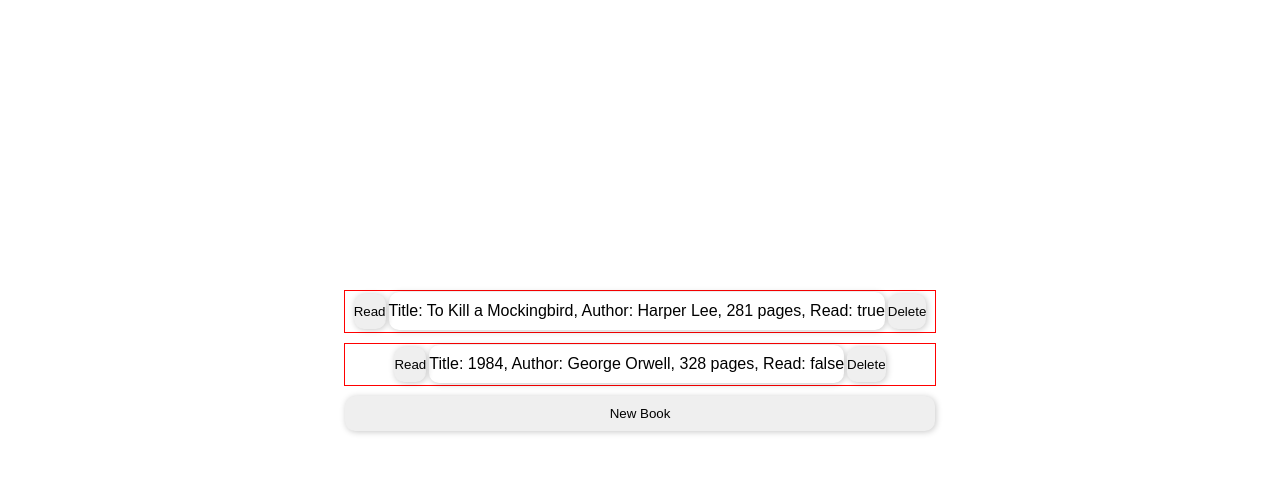
Repository: kocokoy/library
Page: index.html
An editor plug-in stored every save of this project. The page is shown before and after the next save, followed by the edit.
The browser window is 1280 px wide. The pictures show the whole page.

Above is the page before, as saved 2024-11-06 10:40:35.

### index.html
<!DOCTYPE html>
<html lang="en">
<head>
  <meta charset="UTF-8">
  <meta name="viewport" content="width=device-width, initial-scale=1.0">
  <link rel="stylesheet" href="style.css">
  <title>Document</title>
</head>
<body>
  <div class="container">
    <div class="display-button-card">
      <div class="book-display jsBookDisplay">
      </div>
      <button class="new-book-button jsNewBookButton">New Book</button>
    </div>
    <div class=" jsAddNewBookCardHolder hide-add-new-book-card-holder">
      <div class="add-new-book-card ">
        <div>
          <input class="jsBookTitle" type="text">
          <input class="jsBookAuthor" type="text">
          <input class="jsBookPages" type="text">
          <input class="jsBookRead" type="text">
          <button class="jsAddBook">Add</button>
        </div>
      </div>
    </div>

  </div>
<script src="script.js"></script>
</body>
</html>

### style.css
body{
  width: 100%;
  height: 100vh;
  padding: 0;
  margin: 0;
  font-family: Arial, Helvetica, sans-serif;
}
.container{
  display: flex;
  flex-direction: column;
  justify-content: center;
  align-items: center;
  height: 100%;
  width: 100%;
}
.display-button-card{
  display: flex;
  flex-direction: column;
  justify-content: center;
  align-items: center;
}
.book-display{
  display: flex;
  flex-direction: column;
  justify-content: center;
  align-items: center;
}
.book-card{
  display: flex;
  flex-direction: row;
  justify-content: center;
  align-items: center;
  margin: 5px;
  width: 100%;
  border: 1px solid red;
}

.book-card div{
  padding: 10px 0px;
  border-radius: 10px;
  box-shadow: 1px 1px 6px  rgba(0, 0, 0, 0.219);
}

.book-card button{
  padding: 10px 0px;
  border-radius: 10px;
  border: none;
  width: auto;
  box-shadow: 1px 1px 6px  rgba(0, 0, 0, 0.219);
}

.new-book-button{
  padding: 10px;
  margin: 5px;
  border-radius: 10px;
  border: none;
  box-shadow: 1px 1px 6px  rgba(0, 0, 0, 0.219);
  width: 19%;
  cursor: pointer;
  width: 100%;
}

/* add book card */

.hide-add-new-book-card-holder{
  display: none;
}

.add-new-book-card-holder{
  display: flex;
  flex-direction: column;
  align-items: center;
  justify-content: center;
  height: 100%;
  width: 100%;
  background-color: rgba(0, 0, 0, 0.137);
  position: absolute;

}
.add-new-book-card {
  background-color: white;
  box-shadow: 1px 1px 6px  rgba(0, 0, 0, 0.219);
  height: 50%;
  width: 30%;
  display: flex;
  flex-direction: column;
  align-items: center;
  justify-content: center;
  border-radius: 10px;

}

.add-new-book-card div{
  display: flex;
  flex-direction: column;
  align-items: center;
  justify-content: center;
}

input{
  padding: 5px;
  margin: 3px;
  border-radius: 10px;
  border: 1px solid black;
}

button{
  padding: 5px;
  margin: 3px;
  border-radius: 10px;
  border: 1px solid black;
  width: 97%;
}

### script.js
const bookTitleElement = document.querySelector('.jsBookTitle');
const bookAuthorElement = document.querySelector('.jsBookAuthor');
const bookPagesElement = document.querySelector('.jsBookPages');
const bookReadElement = document.querySelector('.jsBookRead');
const bookButtonElement = document.querySelector('.jsNewBookButton');
const bookDisplayElement = document.querySelector('.jsBookDisplay');
const addNewBookCardHolderElement = document.querySelector('.jsAddNewBookCardHolder');
const addBookElement = document.querySelector('.jsAddBook');

const myLibrary = [
  {title: 'To Kill a Mockingbird', author: 'Harper Lee', pages: 281, read: true},
  {title: '1984', author: 'George Orwell', pages: 328, read: false},
];


displayBookToLibrary();

function Book(title,author,pages,read) {
  this.title = title;
  this.author = author;
  this.pages = pages;
  this.read = read;
  this.info = function(){
    const bookObj = {
      title: this.title,
      author: this.author,
      pages: this.pages,
      read: this.read,
    }
    return bookObj;
  };
}

function addBookToLibrary() {
  const bookTitleValue = bookTitleElement.value;
  const bookAuthorValue = bookAuthorElement.value;
  const bookPagesValue = bookPagesElement.value;
  const bookReadValue = bookReadElement.value;
  bookTitleElement.value = '';
  bookAuthorElement.value = '';
  bookPagesElement.value = '';
  bookReadElement.value = '';
  if(!(bookTitleValue && bookAuthorValue && bookPagesValue && bookReadValue)){
    console.log('test');
  }else{
    const book = new Book(bookTitleValue,bookAuthorValue,bookPagesValue,bookReadValue);
    myLibrary.push(book.info());
  }

}

function displayBookToLibrary(){

  bookDisplayElement.innerHTML = '';

  myLibrary.forEach((book,i) => {
    const div = document.createElement('div');
    div.classList.add('book-card');
    div.setAttribute('data-id',i);
    div.innerHTML = `
      <button>Read</button>
      <div>Title: ${book.title}, Author: ${book.author}, ${book.pages} pages, Read: ${book.read}</div>
      <button>Delete</button>
    `
    div.ins
    bookDisplayElement.appendChild(div);
    console.log(book);
  })
}

bookButtonElement.addEventListener('click', () => {
  addNewBookCardHolderElement.classList.add('add-new-book-card-holder');
})

addBookElement.addEventListener('click', () => {
  addBookToLibrary();
  displayBookToLibrary();
  addNewBookCardHolderElement.classList.remove('add-new-book-card-holder');
})

After the next save:
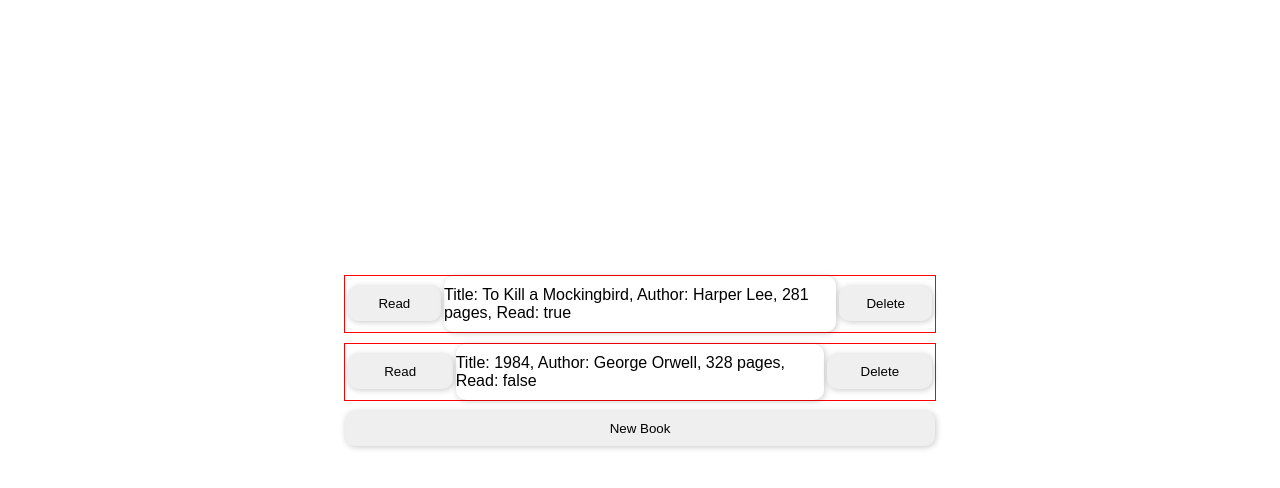
Saved 16 s later.
--- a/style.css
+++ b/style.css
@@ -45,7 +45,7 @@ body{
   padding: 10px 0px;
   border-radius: 10px;
   border: none;
-  width: auto;
+  width: 20%;
   box-shadow: 1px 1px 6px  rgba(0, 0, 0, 0.219);
 }
 
